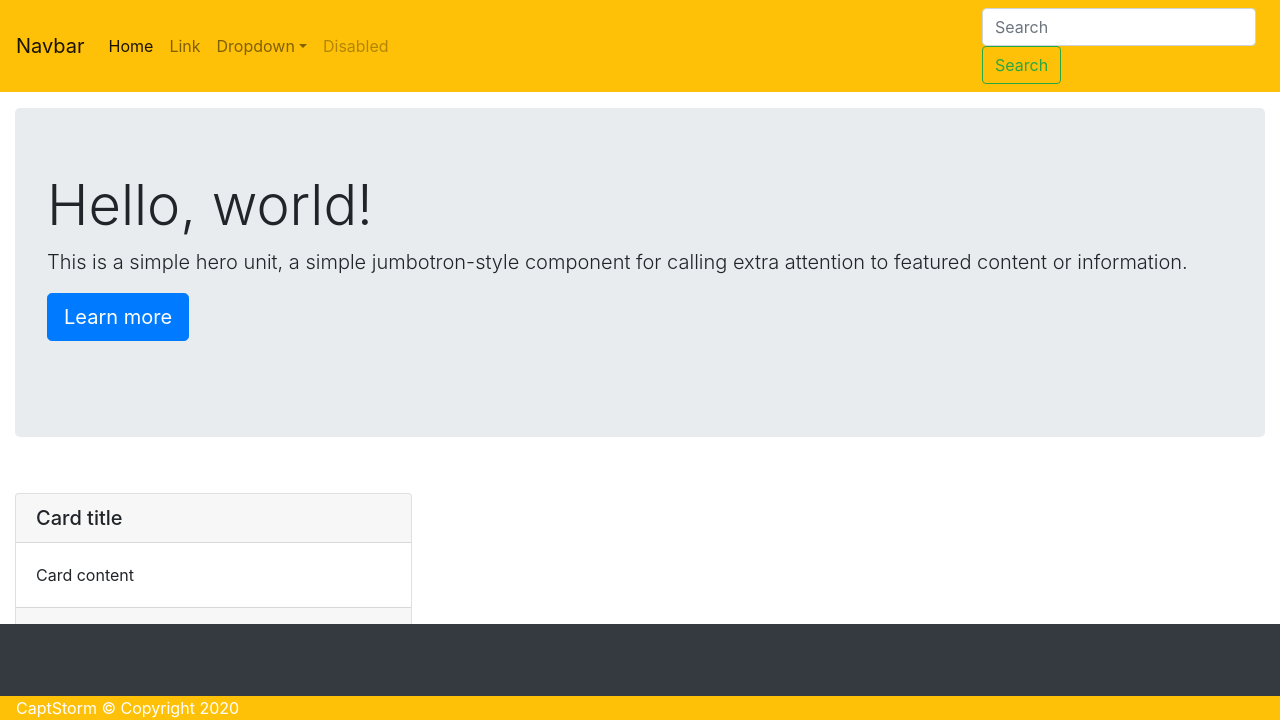
Repository: CaptainStorm21/complete-react16-bootstrap-passing-props
Page: /
An editor plug-in stored every save of this project. The page is shown before and after the next save, followed by the edit.
The browser window is 1280 px wide. The pictures show the whole page.
The project was rebuilt for these pictures with package versions that can differ from the ones it lists, and the page was loaded fresh each time.

Above is the page before, as saved 2020-04-23 14:16:36.

After the next save:
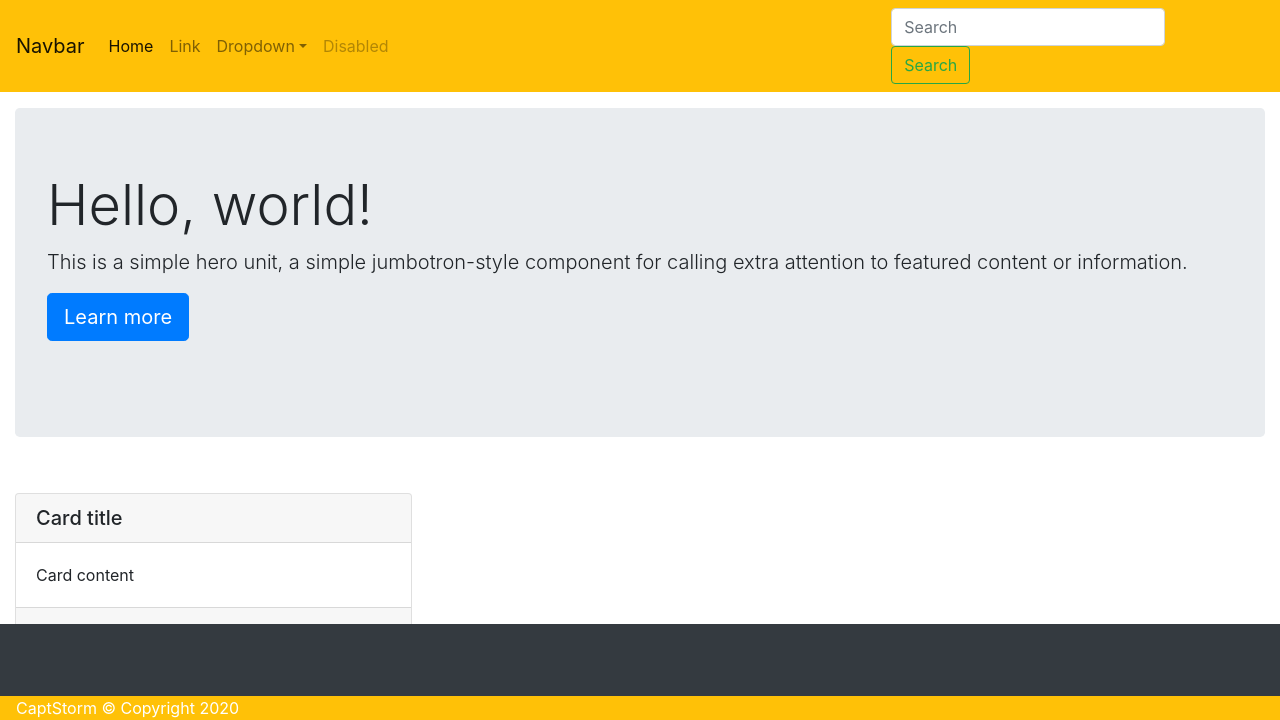
Saved 78 s later.
--- a/src/components/layout/Navbar.js
+++ b/src/components/layout/Navbar.js
@@ -32,7 +32,7 @@ function Navbar() {
               <a className="nav-link disabled" href="/">Disabled</a>
             </li>
           </ul>
-          <form className="form-inline my-2 my-lg-0 ">
+          <form className="form-inline my-2 my-lg-0 col-4 ">
             <input className="form-control mr-sm-2" type="search" placeholder="Search" aria-label="Search" />
             <button className="btn btn-outline-success my-2 my-sm-0" type="submit">Search</button>
           </form>
